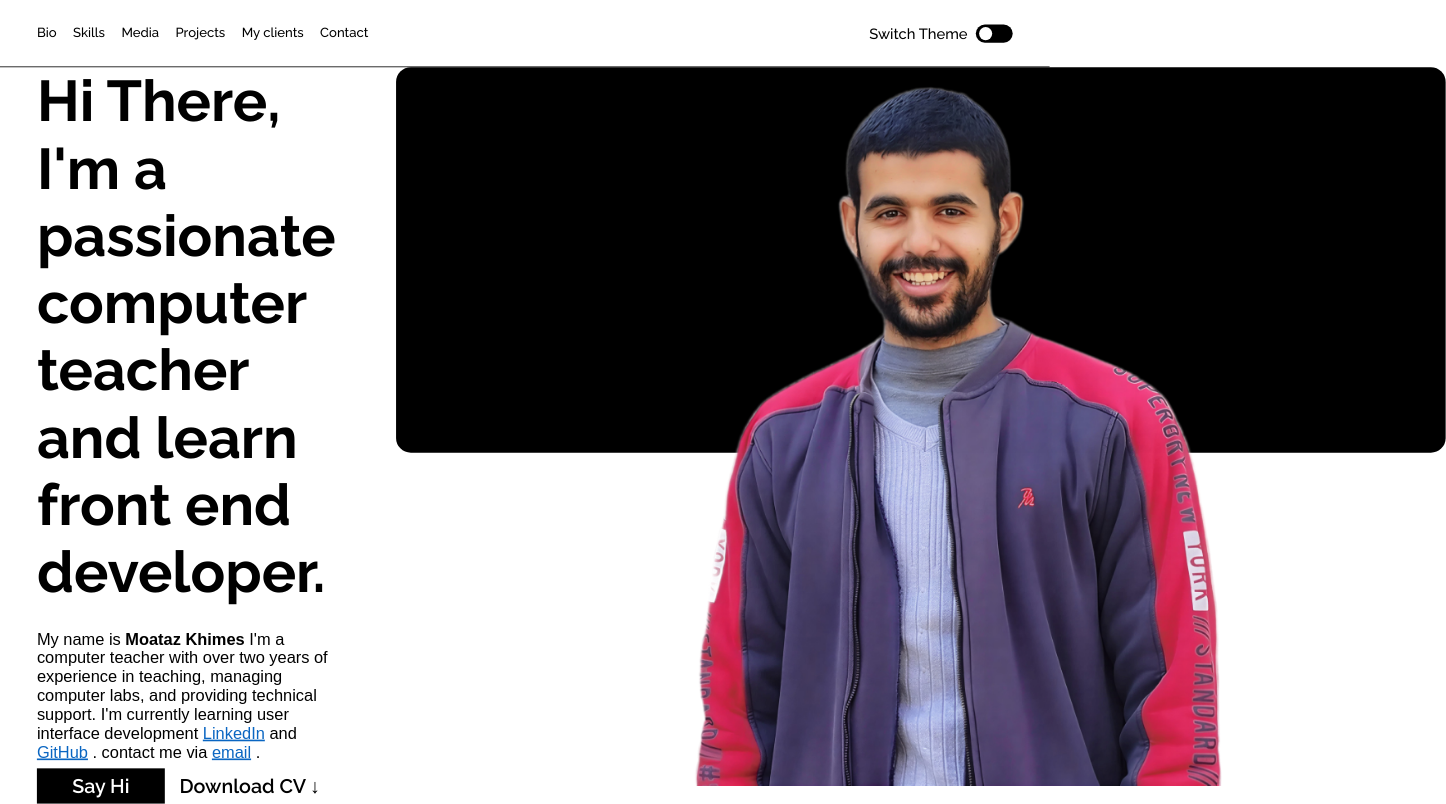
Repository: moataz305G/Personal-website
Page: index.html
These files come from the project's save history. The page is drawn as it stood at one moment and after the next save; the edit follows.
The browser window is 1280 px wide. The page is 1763 px wide, then 1280 px, so the pictures cover 1763 px, including what lies to the right of the window. The pictures show the whole page, at 82% of full size.

Above is the page before, as saved 2025-12-13 10:14:14.

After the next save:
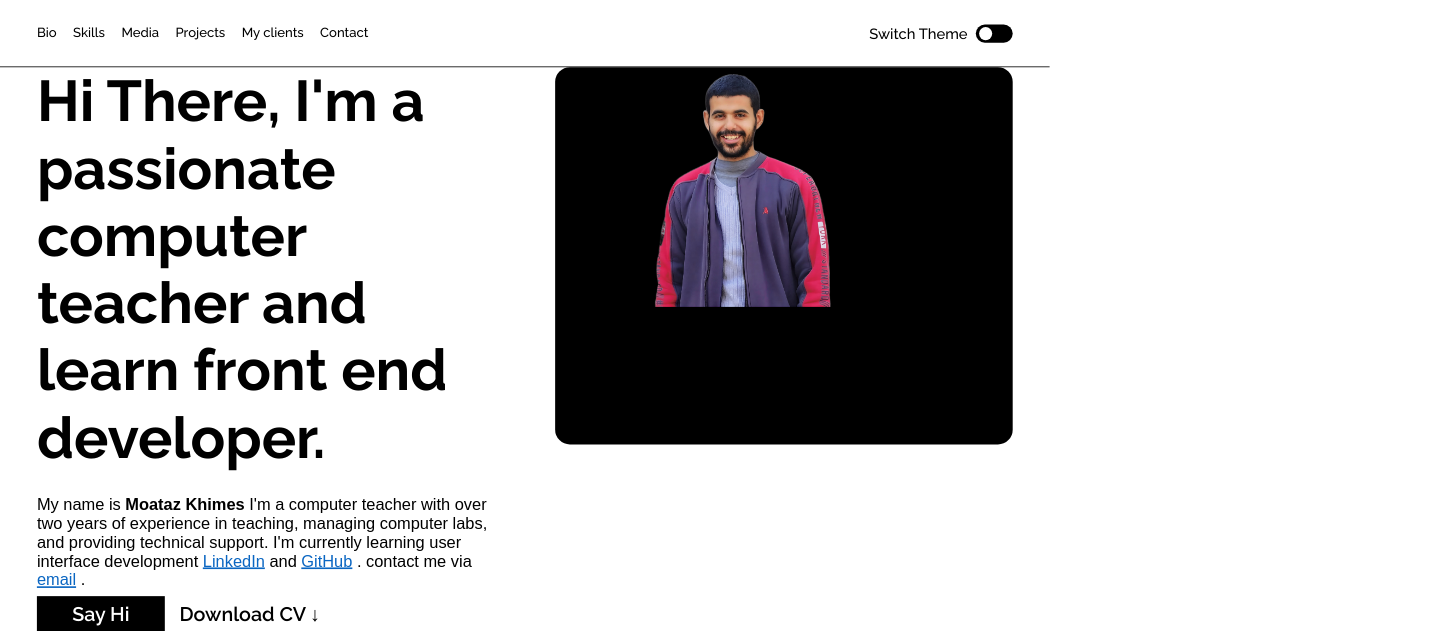
Saved 4 min 26 s later.
--- a/Style.css
+++ b/Style.css
@@ -243,8 +243,11 @@ header {
   position: absolute;
   background-color: var(--color-box-img);
   width: 100%;
-  height: 47rem;
+  height: 46rem;
   border-radius: 1.8rem;
   z-index: -1;
-  box-shadow: ;
-}
+  box-shadow: 2;
+}
+.bio__pic {
+  width: 42.7rem;
+}
